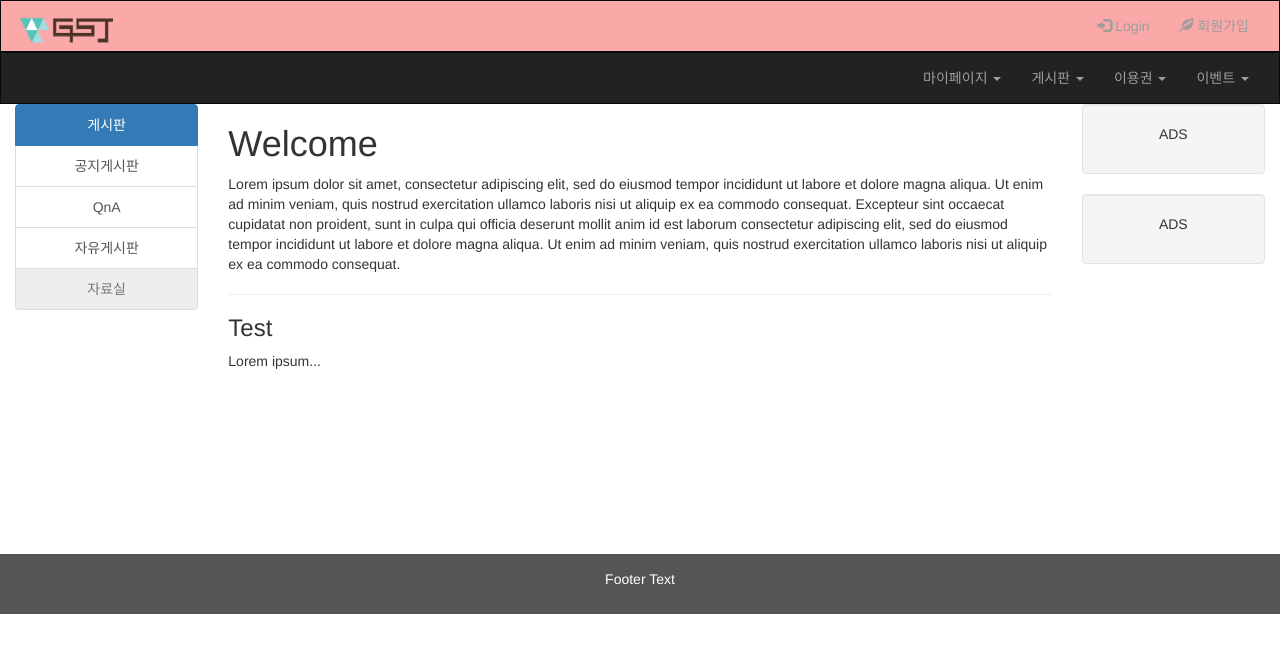
Repository: jeje0130/html
Page: http://localhost/board/webpage/main.jsp
An editor plug-in stored every save of this project. The page is shown before and after the next save, followed by the edit.
The browser window is 1280 px wide. The pictures show the whole page.
After loading, the first visible `li.dropdown` was clicked once.
The page is served by Tomcat 9. Other server files are loaded and not shown.

Above is the page before, as saved 2021-02-23 03:48:34.

### board/WebContent/webpage/main.jsp
<%@ page language="java" contentType="text/html; charset=UTF-8"
    pageEncoding="UTF-8"%>
<!DOCTYPE html>
<html lang="kr">
<head>
  <title>Bootstrap Example</title>
  <meta charset="utf-8">
  <meta name="viewport" content="width=device-width, initial-scale=1">
  <link rel="stylesheet" href="https://maxcdn.bootstrapcdn.com/bootstrap/3.4.1/css/bootstrap.min.css">
  <script src="https://ajax.googleapis.com/ajax/libs/jquery/3.5.1/jquery.min.js"></script>
  <script src="https://maxcdn.bootstrapcdn.com/bootstrap/3.4.1/js/bootstrap.min.js"></script>
  <style>
    /* Remove the navbar's default margin-bottom and rounded borders */
    .navbar {
      margin-bottom: 0;
      border-radius: 0;
    }

    /* Set height of the grid so .sidenav can be 100% (adjust as needed) */
    .row.content {height: 450px}

    /* Set gray background color and 100% height */
    .sidenav {
      padding-top: 20px;
      background-color: #f1f1f1;
      height: 100%;
    }

    /* Set black background color, white text and some padding */
    footer {
      background-color: #555;
      color: white;
      padding: 15px;
    }

    /* On small screens, set height to 'auto' for sidenav and grid */
    @media screen and (max-width: 767px) {
      .sidenav {
        height: auto;
        padding: 15px;
      }
      .row.content {height:auto;}
    }
    .log{
    	background: #FAA8A8;
    }
    #ilogo{
    	width: 100px;
    	height: 30px;
    }
  </style>
 <script type="text/javascript">
 	$(function () {
		$('.dropdown').on('click', function () {
			menu = $('.dropdown-toggle', this).text(); //주메뉴
			submenu = $('.dropdown-menu li a', this).text(); //부메뉴
			//console.log(menu);
			//console.log(submenu);

			//map()을 이용해서 부메뉴(submenu)를 분리한다.
			//sub2 배열로 생성한다.
			sub2 = $('.dropdown-menu li a', this).map(function () { //map으로가져오면 sub2는 배열이 됨
				return $(this).text();
			})
				console.log(sub2);

		})
	})
 </script>
</head>
<body>

	<jsp:include page="header.jsp"></jsp:include>
	<jsp:include page="content.jsp"></jsp:include>
	<jsp:include page="footer.jsp"></jsp:include>

</body>
</html>

### board/WebContent/webpage/header.jsp
<%@ page language="java" contentType="text/html; charset=UTF-8"
    pageEncoding="UTF-8"%>

<nav class="navbar navbar-inverse log">
  <div class="container-fluid">
    <div class="navbar-header">
      <button type="button" class="navbar-toggle" data-toggle="collapse" data-target="#myNavbar">
        <span class="icon-bar"></span>
        <span class="icon-bar"></span>
        <span class="icon-bar"></span>
      </button>
      <a class="navbar-brand" href="#"><img id="ilogo" src="../images/gsjLogo2.png"></a>
    </div>
    <div class="collapse navbar-collapse" id="myNavbar">

      <ul class="nav navbar-nav navbar-right">
        <li><a href="#"><span class="glyphicon glyphicon-log-in"></span> Login</a></li>
        <li><a href="#"><span class="glyphicon glyphicon glyphicon-leaf"></span> 회원가입</a></li>
      </ul>
    </div>
  </div>
</nav>

<nav class="navbar navbar-inverse">
  <div class="container-fluid">
    <div class="navbar-header">
      <button type="button" class="navbar-toggle" data-toggle="collapse" data-target="#mainNavbar">
        <span class="icon-bar"></span>
        <span class="icon-bar"></span>
        <span class="icon-bar"></span>
      </button>
    </div>
    <div class="collapse navbar-collapse" id="mainNavbar">
      <ul class="nav navbar-nav navbar-right">

       	<li class="dropdown">
  			<a class="dropdown-toggle" data-toggle="dropdown">마이페이지
  			<span class="caret"></span></a>
  			<ul class="dropdown-menu">
    			<li><a href="#">개인 정보 조회</a></li>
    			<li><a href="#">쪽지함</a></li>
    			<li><a href="#">나의 게시글</a></li>
    			<li><a href="#">사용 패턴 분석</a></li>
    			<li><a href="#">과거 이용내역</a></li>
  			</ul>
		</li>

		<li class="dropdown">
  			<a class="dropdown-toggle" data-toggle="dropdown">게시판
  			<span class="caret"></span></a>
  			<ul class="dropdown-menu">
    			<li><a href="#">공지게시판</a></li>
    			<li><a href="#">QnA</a></li>
    			<li><a href="#">자유게시판</a></li>
    			<li><a href="#">자료실</a></li>
  			</ul>
		</li>

		<li class="dropdown">
  			<a class="dropdown-toggle" data-toggle="dropdown">이용권
  			<span class="caret"></span></a>
  			<ul class="dropdown-menu">
    			<li><a href="#">이용권 종류</a></li>
    			<li><a href="#">멤버십 안내</a></li>
    			<li><a href="#">환불 기준 안내</a></li>
  			</ul>
		</li>

		<li class="dropdown">
  			<a class="dropdown-toggle" data-toggle="dropdown">이벤트
  			<span class="caret"></span></a>
  			<ul class="dropdown-menu">
    			<li><a href="#">진행중인 이벤트</a></li>
    			<li><a href="#">종료된 이벤트</a></li>
    			<li><a href="#">당첨자 확인</a></li>
  			</ul>
		</li>

      </ul>
    </div>
  </div>
</nav>

### board/WebContent/webpage/content.jsp
<%@ page language="java" contentType="text/html; charset=UTF-8"
    pageEncoding="UTF-8"%>

<div class="container-fluid text-center">

  <div class="row content">
    <div class="col-sm-2 sidenav1">
    	<div class="list-group">
 			 <a href="#" class="list-group-item active">게시판</a>
  			 <a href="#" class="list-group-item">공지게시판</a>
 			 <a href="#" class="list-group-item">QnA</a>
 			 <a href="#" class="list-group-item">자유게시판</a>
 			 <a href="#" class="list-group-item disabled">자료실</a>
		</div>
    </div>

    <div class="col-sm-8 text-left">
      <h1>Welcome</h1>
      <p>Lorem ipsum dolor sit amet, consectetur adipiscing elit, sed do eiusmod tempor incididunt ut labore et dolore magna aliqua. Ut enim ad minim veniam, quis nostrud exercitation ullamco laboris nisi ut aliquip ex ea commodo consequat. Excepteur sint occaecat cupidatat non proident, sunt in culpa qui officia deserunt mollit anim id est laborum consectetur adipiscing elit, sed do eiusmod tempor incididunt ut labore et dolore magna aliqua. Ut enim ad minim veniam, quis nostrud exercitation ullamco laboris nisi ut aliquip ex ea commodo consequat.</p>
      <hr>
      <h3>Test</h3>
      <p>Lorem ipsum...</p>
    </div>

    <div class="col-sm-2 sidenav2">
      <div class="well">
        <p>ADS</p>
      </div>

      <div class="well">
        <p>ADS</p>
      </div>
    </div>

  </div>
</div>

### board/WebContent/webpage/footer.jsp
<%@ page language="java" contentType="text/html; charset=UTF-8"
    pageEncoding="UTF-8"%>

<footer class="container-fluid text-center">
  <p>Footer Text</p>
</footer>

After the next save:
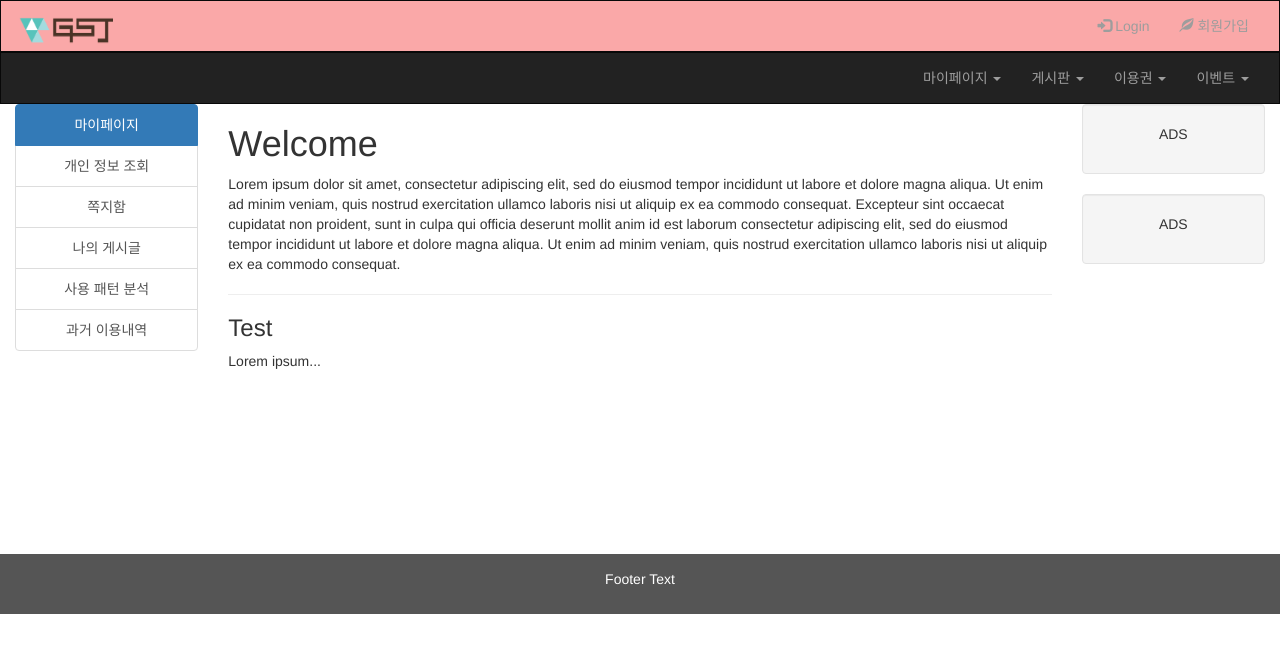
Saved 25 s later.
--- a/board/WebContent/webpage/main.jsp
+++ b/board/WebContent/webpage/main.jsp
@@ -64,6 +64,16 @@
 			})
 				console.log(sub2);
 
+			code = '<div class="list-group">';
+			code += ' <a href="#" class="list-group-item active">'+menu+'</a>';
+
+			$.each(sub2, function (i, v) {
+
+				code += '<a href="#" class="list-group-item">'+ v +'</a>';
+			})
+			code += '</div>';
+
+			$('.sidenav1').html(code);
 		})
 	})
  </script>
